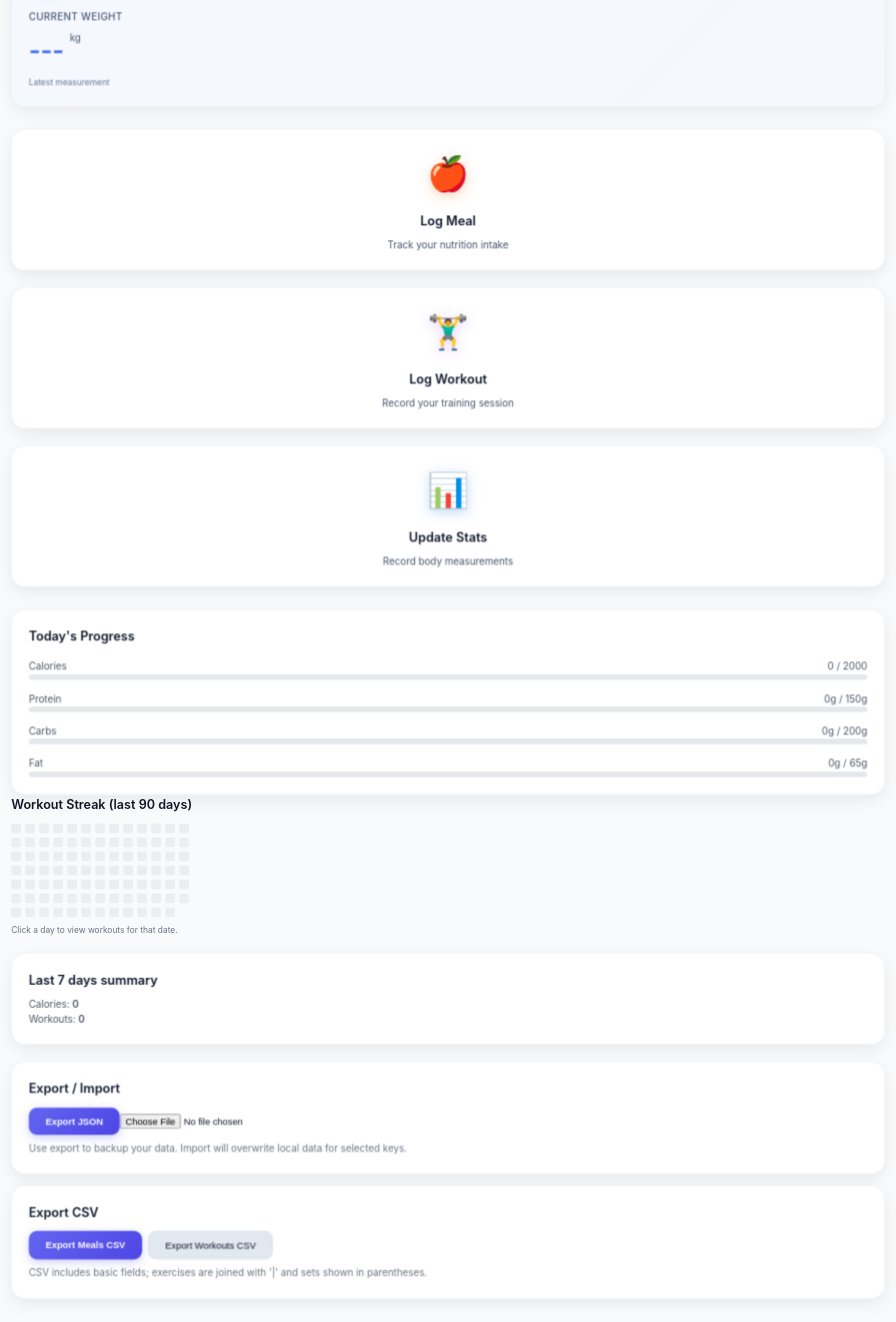
Repository: Apoorv888/Fitness-App
Page: /
These files come from the project's save history. The page is drawn as it stood at one moment and after a run of saves; the edit follows.
The browser window is 1280 px wide. The pictures show the part of the page from y = 1145 to 3065 px (the page is 3033 px tall before and 3065 px after), at 70% of full size.
Backgrounds fixed to the window are drawn as part of the page. The project was rebuilt for these pictures with package versions that can differ from the ones it lists, and the page was loaded fresh each time. Also part of the build but not shown: vite.config.ts, src/components/MealForm.tsx, src/components/MealList.tsx, src/components/GoalsForm.tsx, src/components/NutritionCharts.tsx, src/pages/Nutrition.tsx, src/components/WorkoutForm.tsx, src/components/WorkoutList.tsx and 9 more.

Above is the page before, as saved 2025-10-31 19:56:29.

### index.html
<!doctype html>
<html lang="en">
  <head>
    <meta charset="UTF-8" />
    <link rel="icon" type="image/svg+xml" href="/vite.svg" />
    <meta name="viewport" content="width=device-width, initial-scale=1.0" />
    <title>fitness-app</title>
  </head>
  <body>
    <div id="root"></div>
    <script type="module" src="/src/main.tsx"></script>
  </body>
</html>

### src/main.tsx
import { StrictMode, useEffect } from 'react'
import { createRoot } from 'react-dom/client'
import './index.css'
import App from './App.tsx'
import { useMealStore } from './store/mealStore'
import { useWorkoutStore } from './store/workoutStore'
import { useBodyStatsStore } from './store/bodyStatsStore'
import { useGoalsStore } from './store/goalsStore'

function Boot() {
  const { loadMeals } = useMealStore();
  const { loadWorkouts } = useWorkoutStore();
  const { loadBodyStats } = useBodyStatsStore();
  const { loadGoals } = useGoalsStore();

  useEffect(() => {
    loadMeals();
    loadWorkouts();
    loadBodyStats();
    loadGoals();
  }, []);

  return <App />;
}

createRoot(document.getElementById('root')!).render(
  <StrictMode>
    <Boot />
  </StrictMode>,
)

### src/App.tsx
import React, { useState } from 'react';
import { Navbar } from './components/Navbar';
import { Dashboard } from './pages/Dashboard';
import { Nutrition } from './pages/Nutrition';
import { Workout } from './pages/Workout';
import { BodyStats } from './pages/BodyStats';
import './App.css';

function App() {
  const [activeTab, setActiveTab] = useState('dashboard');

  // Listen for external navigation requests (CustomEvent 'request-nav')
  React.useEffect(() => {
    const handler = (e: any) => {
      const tab = e?.detail?.tab;
      if (tab) setActiveTab(tab);
    };
    window.addEventListener('request-nav', handler as EventListener);
    return () => window.removeEventListener('request-nav', handler as EventListener);
  }, []);

  const renderActiveTab = () => {
    switch (activeTab) {
      case 'dashboard':
        return <Dashboard />;
      case 'nutrition':
        return <Nutrition />;
      case 'workout':
        return <Workout />;
      case 'stats':
        return <BodyStats />;
      default:
        return <Dashboard />;
    }
  };

  return (
    <div className="min-h-screen bg-gray-50">
      <Navbar activeTab={activeTab} onTabChange={setActiveTab} />
      <main>
        {renderActiveTab()}
      </main>
    </div>
  );
}

export default App;

### src/store/goalsStore.ts
import { create } from 'zustand';
import type { UserGoals } from '../types';
import { saveToStorage, loadFromStorage } from '../utils/helpers';
import { STORAGE_KEYS } from '../utils/constants';

interface UserGoalsStore {
  goals: UserGoals;
  updateGoals: (updates: Partial<UserGoals>) => void;
  loadGoals: () => void;
}

const defaultGoals: UserGoals = {
  dailyCalories: 2000,
  dailyProtein: 150,
  dailyCarbs: 200,
  dailyFat: 65,
  activityLevel: 1.375, // Lightly active
  goal: 'maintain',
};

export const useGoalsStore = create<UserGoalsStore>((set, get) => ({
  goals: defaultGoals,

  updateGoals: (updates) => {
    const updatedGoals = { ...get().goals, ...updates };
    set({ goals: updatedGoals });
    saveToStorage(STORAGE_KEYS.USER_GOALS, updatedGoals);
  },

  loadGoals: () => {
    const storedGoals = loadFromStorage(STORAGE_KEYS.USER_GOALS);
    if (storedGoals) {
      set({ goals: { ...defaultGoals, ...storedGoals } });
    }
  },
}));

### src/pages/Dashboard.tsx
import React, { useEffect } from 'react';
import { StatCard } from '../components/StatCard';
import { useMealStore } from '../store/mealStore';
import { useWorkoutStore } from '../store/workoutStore';
import { useBodyStatsStore } from '../store/bodyStatsStore';
import { useGoalsStore } from '../store/goalsStore';
import { getWeekDays } from '../utils/helpers';
import { WorkoutHeatmap } from '../components/WorkoutHeatmap';
import { ExportImport } from '../components/ExportImport';
import { ExportCSV } from '../components/ExportCSV';

export const Dashboard: React.FC = () => {
  const { getTodayMacros, loadMeals } = useMealStore();
  const { workouts, loadWorkouts } = useWorkoutStore();
  const { getLatestWeight, getWeightTrend, loadBodyStats } = useBodyStatsStore();
  const { goals, loadGoals } = useGoalsStore();

  useEffect(() => {
    loadMeals();
    loadWorkouts();
    loadBodyStats();
    loadGoals();
  }, [loadMeals, loadWorkouts, loadBodyStats, loadGoals]);

  const todayMacros = getTodayMacros();
  const currentWeight = getLatestWeight();
  const weightTrend = getWeightTrend();

  // Calculate this week's workouts
  const today = new Date();
  const weekDays = getWeekDays(today);
  const weekWorkouts = workouts.filter(workout => {
    const workoutDate = new Date(workout.date);
    return workoutDate >= weekDays[0] && workoutDate <= weekDays[6];
  }).length;

  // Weekly aggregates (last 7 days)
  const mealsForWeek = useMealStore.getState().meals.filter(m => {
    const d = new Date(m.date);
    return d >= weekDays[0] && d <= weekDays[6];
  });
  const weekCalories = mealsForWeek.reduce((s, m) => s + (m.calories || 0), 0);

  const calorieProgress = Math.round((todayMacros.calories / goals.dailyCalories) * 100);
  const proteinProgress = Math.round((todayMacros.protein / goals.dailyProtein) * 100);

  return (
    <div className="max-w-7xl mx-auto px-4 sm:px-6 lg:px-8 py-8">
      <div className="mb-8">
        <h1 className="text-3xl font-bold text-gray-900">Dashboard</h1>
        <p className="text-gray-600 mt-2">Track your fitness journey</p>
      </div>

      {/* Quick Stats Grid */}
      <div className="grid grid-cols-1 md:grid-cols-2 lg:grid-cols-4 gap-6 mb-8">
        <StatCard
          title="Today's Calories"
          value={todayMacros.calories}
          unit={`/ ${goals.dailyCalories}`}
          icon="🔥"
          subtitle={`${calorieProgress}% of goal`}
          color="orange"
        />

        <StatCard
          title="Protein Today"
          value={todayMacros.protein}
          unit={`g / ${goals.dailyProtein}g`}
          icon="🥩"
          subtitle={`${proteinProgress}% of goal`}
          color="green"
        />

        <StatCard
          title="This Week's Workouts"
          value={weekWorkouts}
          unit="sessions"
          icon="💪"
          subtitle="Keep it up!"
          color="purple"
        />

        <StatCard
          title="Current Weight"
          value={currentWeight || '---'}
          unit="kg"
          icon="⚖️"
          trend={currentWeight ? weightTrend : undefined}
          subtitle="Latest measurement"
          color="blue"
        />
      </div>

      {/* Quick Actions */}
      <div className="grid grid-cols-1 md:grid-cols-3 gap-6 mb-8">
        <div
          className="card cursor-pointer"
          style={{ textAlign: 'center' }}
        >
          <div style={{ fontSize: '48px', marginBottom: '16px', filter: 'drop-shadow(0 4px 8px rgba(249, 115, 22, 0.3))' }}>🍎</div>
          <h3 className="text-lg font-semibold mb-2" style={{ color: 'var(--text)' }}>Log Meal</h3>
          <p className="text-sm" style={{ color: 'var(--text-secondary)' }}>Track your nutrition intake</p>
        </div>

        <div
          className="card cursor-pointer"
          style={{ textAlign: 'center' }}
        >
          <div style={{ fontSize: '48px', marginBottom: '16px', filter: 'drop-shadow(0 4px 8px rgba(168, 85, 247, 0.3))' }}>🏋️‍♂️</div>
          <h3 className="text-lg font-semibold mb-2" style={{ color: 'var(--text)' }}>Log Workout</h3>
          <p className="text-sm" style={{ color: 'var(--text-secondary)' }}>Record your training session</p>
        </div>

        <div
          className="card cursor-pointer"
          style={{ textAlign: 'center' }}
        >
          <div style={{ fontSize: '48px', marginBottom: '16px', filter: 'drop-shadow(0 4px 8px rgba(59, 130, 246, 0.3))' }}>📊</div>
          <h3 className="text-lg font-semibold mb-2" style={{ color: 'var(--text)' }}>Update Stats</h3>
          <p className="text-sm" style={{ color: 'var(--text-secondary)' }}>Record body measurements</p>
        </div>
      </div>

      {/* Progress Summary */}
      <div className="card">
        <h3 className="text-lg font-semibold text-gray-900 mb-4">Today's Progress</h3>

        <div className="space-y-4">
          {/* Calories Progress Bar */}
          <div>
            <div className="flex justify-between text-sm text-gray-600 mb-1">
              <span>Calories</span>
              <span>{todayMacros.calories} / {goals.dailyCalories}</span>
            </div>
            <div className="w-full bg-gray-200 rounded-full h-2">
              <div
                className="bg-orange-500 h-2 rounded-full transition-all duration-300"
                style={{ width: `${Math.min(calorieProgress, 100)}%` }}
              ></div>
            </div>
          </div>

          {/* Protein Progress Bar */}
          <div>
            <div className="flex justify-between text-sm text-gray-600 mb-1">
              <span>Protein</span>
              <span>{todayMacros.protein}g / {goals.dailyProtein}g</span>
            </div>
            <div className="w-full bg-gray-200 rounded-full h-2">
              <div
                className="bg-green-500 h-2 rounded-full transition-all duration-300"
                style={{ width: `${Math.min(proteinProgress, 100)}%` }}
              ></div>
            </div>
          </div>

          {/* Carbs Progress Bar */}
          <div>
            <div className="flex justify-between text-sm text-gray-600 mb-1">
              <span>Carbs</span>
              <span>{todayMacros.carbs}g / {goals.dailyCarbs}g</span>
            </div>
            <div className="w-full bg-gray-200 rounded-full h-2">
              <div
                className="bg-blue-500 h-2 rounded-full transition-all duration-300"
                style={{ width: `${Math.min((todayMacros.carbs / goals.dailyCarbs) * 100, 100)}%` }}
              ></div>
            </div>
          </div>

          {/* Fat Progress Bar */}
          <div>
            <div className="flex justify-between text-sm text-gray-600 mb-1">
              <span>Fat</span>
              <span>{todayMacros.fat}g / {goals.dailyFat}g</span>
            </div>
            <div className="w-full bg-gray-200 rounded-full h-2">
              <div
                className="bg-purple-500 h-2 rounded-full transition-all duration-300"
                style={{ width: `${Math.min((todayMacros.fat / goals.dailyFat) * 100, 100)}%` }}
              ></div>
            </div>
          </div>
        </div>
      </div>

      <div className="mt-6 grid grid-cols-1 lg:grid-cols-3 gap-6">
        <div className="lg:col-span-2">
          <WorkoutHeatmap days={90} />
        </div>

        <div className="space-y-6">
          <div className="card">
            <h3 className="text-lg font-semibold mb-2">Last 7 days summary</h3>
            <div className="text-sm text-gray-600">Calories: <span className="font-semibold">{weekCalories}</span></div>
            <div className="text-sm text-gray-600">Workouts: <span className="font-semibold">{weekWorkouts}</span></div>
          </div>

          <ExportImport />
          <div className="mt-4">
            <ExportCSV />
          </div>
        </div>
      </div>
    </div>
  );
};

### src/utils/helpers.ts
// Date utilities
import { format, startOfWeek, endOfWeek, eachDayOfInterval, isToday } from 'date-fns';

export const formatDate = (date: Date) => format(date, 'yyyy-MM-dd');
export const formatDisplayDate = (date: Date) => format(date, 'MMM dd, yyyy');
export const formatTime = (date: Date) => format(date, 'HH:mm');

export const getWeekDays = (date: Date) => {
  const start = startOfWeek(date, { weekStartsOn: 1 }); // Monday
  const end = endOfWeek(date, { weekStartsOn: 1 });
  return eachDayOfInterval({ start, end });
};

export const isTodayDate = (date: Date) => isToday(date);

// Calculate BMI
export const calculateBMI = (weight: number, height: number) => {
  return (weight / (height * height)) * 10000; // height in cm
};

// Calculate calories needed for goal
export const calculateCalorieGoal = (
  weight: number,
  height: number,
  age: number,
  gender: 'male' | 'female',
  activityLevel: number,
  goal: 'lose' | 'maintain' | 'gain'
) => {
  // Mifflin-St Jeor Equation
  let bmr;
  if (gender === 'male') {
    bmr = 10 * weight + 6.25 * height - 5 * age + 5;
  } else {
    bmr = 10 * weight + 6.25 * height - 5 * age - 161;
  }

  const tdee = bmr * activityLevel;

  switch (goal) {
    case 'lose':
      return Math.round(tdee - 500); // 1 lb per week
    case 'gain':
      return Math.round(tdee + 500); // 1 lb per week
    default:
      return Math.round(tdee);
  }
};

// Format numbers
export const formatNumber = (num: number, decimals: number = 1) => {
  return Number(num.toFixed(decimals));
};

// Local storage helpers
export const saveToStorage = (key: string, data: any) => {
  localStorage.setItem(key, JSON.stringify(data));
};

export const loadFromStorage = (key: string) => {
  const stored = localStorage.getItem(key);
  return stored ? JSON.parse(stored) : null;
};

### src/utils/constants.ts
// App constants
export const STORAGE_KEYS = {
  MEALS: 'fitness-app-meals',
  WORKOUTS: 'fitness-app-workouts',
  BODY_STATS: 'fitness-app-body-stats',
  USER_GOALS: 'fitness-app-user-goals',
} as const;

export const ACTIVITY_LEVELS = {
  SEDENTARY: 1.2,
  LIGHTLY_ACTIVE: 1.375,
  MODERATELY_ACTIVE: 1.55,
  VERY_ACTIVE: 1.725,
  EXTREMELY_ACTIVE: 1.9,
} as const;

export const WORKOUT_TYPES = [
  'Push',
  'Pull',
  'Legs',
  'Upper',
  'Lower',
  'Full Body',
  'Cardio',
  'Rest',
] as const;

export const MEAL_TYPES = [
  'Breakfast',
  'Lunch',
  'Dinner',
  'Snack',
] as const;

export const DEFAULT_MACRO_RATIOS = {
  protein: 0.3,
  carbs: 0.4,
  fat: 0.3,
} as const;

export const BODY_MEASUREMENT_TYPES = [
  'weight',
  'bodyFat',
  'muscle',
  'waist',
  'chest',
  'arms',
  'thighs',
] as const;

export type WorkoutType = typeof WORKOUT_TYPES[number];
export type MealType = typeof MEAL_TYPES[number];
export type BodyMeasurementType = typeof BODY_MEASUREMENT_TYPES[number];

### src/hooks/useTheme.ts
import { useEffect, useState } from 'react';

const STORAGE_KEY = 'fitness-app-theme';

export const useTheme = () => {
  const [theme, setTheme] = useState<'light' | 'dark'>(() => {
    try {
      const stored = localStorage.getItem(STORAGE_KEY);
      if (stored === 'dark' || stored === 'light') return stored;
    } catch (_) {}
    // default follow prefers-color-scheme
    if (typeof window !== 'undefined' && window.matchMedia && window.matchMedia('(prefers-color-scheme: dark)').matches) {
      return 'dark';
    }
    return 'light';
  });

  useEffect(() => {
    try { localStorage.setItem(STORAGE_KEY, theme); } catch (_) {}
    if (theme === 'dark') {
      document.documentElement.setAttribute('data-theme', 'dark');
    } else {
      document.documentElement.removeAttribute('data-theme');
    }
  }, [theme]);

  const toggle = () => setTheme(t => t === 'dark' ? 'light' : 'dark');

  return { theme, setTheme, toggle } as const;
};

Loaded but not shown: src/index.css (388 lines, source omitted); src/components/Navbar.tsx (131 lines, source omitted); src/components/ExportImport.tsx (94 lines, source omitted); src/components/WorkoutHeatmap.tsx (96 lines, source omitted); src/components/StatCard.tsx (115 lines, source omitted); src/components/ExportCSV.tsx (49 lines, source omitted); src/store/bodyStatsStore.ts (75 lines, source omitted); src/store/workoutStore.ts (67 lines, source omitted); src/store/mealStore.ts (71 lines, source omitted)

After the next 2 saves:
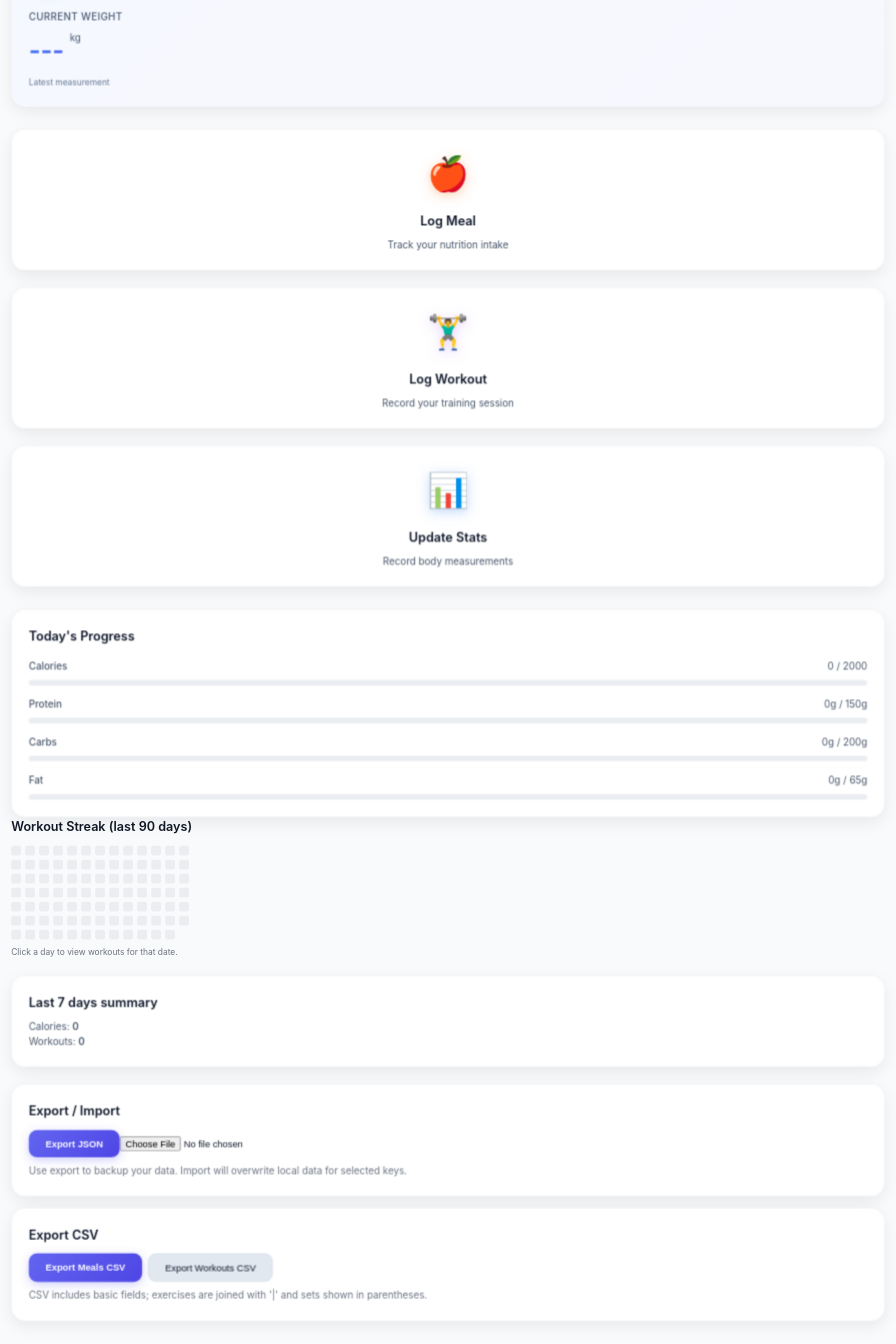
The 2 saves are shown as one change because 1 did not build or start.
The last was saved 96 s later.
--- a/src/pages/Dashboard.tsx
+++ b/src/pages/Dashboard.tsx
@@ -123,61 +123,85 @@ export const Dashboard: React.FC = () => {
 
       {/* Progress Summary */}
       <div className="card">
-        <h3 className="text-lg font-semibold text-gray-900 mb-4">Today's Progress</h3>
+        <h3 className="text-lg font-semibold mb-4" style={{ color: 'var(--text)' }}>Today's Progress</h3>
 
         <div className="space-y-4">
           {/* Calories Progress Bar */}
           <div>
-            <div className="flex justify-between text-sm text-gray-600 mb-1">
-              <span>Calories</span>
+            <div className="flex justify-between text-sm mb-2" style={{ color: 'var(--text-secondary)' }}>
+              <span style={{ fontWeight: '500' }}>Calories</span>
               <span>{todayMacros.calories} / {goals.dailyCalories}</span>
             </div>
-            <div className="w-full bg-gray-200 rounded-full h-2">
-              <div
-                className="bg-orange-500 h-2 rounded-full transition-all duration-300"
-                style={{ width: `${Math.min(calorieProgress, 100)}%` }}
+            <div style={{ width: '100%', height: '8px', background: 'rgba(148, 163, 184, 0.2)', borderRadius: '999px', overflow: 'hidden' }}>
+              <div
+                style={{
+                  height: '100%',
+                  borderRadius: '999px',
+                  background: 'linear-gradient(90deg, #f97316 0%, #ea580c 100%)',
+                  width: `${Math.min(calorieProgress, 100)}%`,
+                  transition: 'width 0.6s cubic-bezier(0.4, 0, 0.2, 1)',
+                  boxShadow: '0 0 12px rgba(249, 115, 22, 0.5)'
+                }}
               ></div>
             </div>
           </div>
 
           {/* Protein Progress Bar */}
           <div>
-            <div className="flex justify-between text-sm text-gray-600 mb-1">
-              <span>Protein</span>
+            <div className="flex justify-between text-sm mb-2" style={{ color: 'var(--text-secondary)' }}>
+              <span style={{ fontWeight: '500' }}>Protein</span>
               <span>{todayMacros.protein}g / {goals.dailyProtein}g</span>
             </div>
-            <div className="w-full bg-gray-200 rounded-full h-2">
-              <div
-                className="bg-green-500 h-2 rounded-full transition-all duration-300"
-                style={{ width: `${Math.min(proteinProgress, 100)}%` }}
+            <div style={{ width: '100%', height: '8px', background: 'rgba(148, 163, 184, 0.2)', borderRadius: '999px', overflow: 'hidden' }}>
+              <div
+                style={{
+                  height: '100%',
+                  borderRadius: '999px',
+                  background: 'linear-gradient(90deg, #10b981 0%, #059669 100%)',
+                  width: `${Math.min(proteinProgress, 100)}%`,
+                  transition: 'width 0.6s cubic-bezier(0.4, 0, 0.2, 1)',
+                  boxShadow: '0 0 12px rgba(16, 185, 129, 0.5)'
+                }}
               ></div>
             </div>
           </div>
 
           {/* Carbs Progress Bar */}
           <div>
-            <div className="flex justify-between text-sm text-gray-600 mb-1">
-              <span>Carbs</span>
+            <div className="flex justify-between text-sm mb-2" style={{ color: 'var(--text-secondary)' }}>
+              <span style={{ fontWeight: '500' }}>Carbs</span>
               <span>{todayMacros.carbs}g / {goals.dailyCarbs}g</span>
             </div>
-            <div className="w-full bg-gray-200 rounded-full h-2">
-              <div
-                className="bg-blue-500 h-2 rounded-full transition-all duration-300"
-                style={{ width: `${Math.min((todayMacros.carbs / goals.dailyCarbs) * 100, 100)}%` }}
+            <div style={{ width: '100%', height: '8px', background: 'rgba(148, 163, 184, 0.2)', borderRadius: '999px', overflow: 'hidden' }}>
+              <div
+                style={{
+                  height: '100%',
+                  borderRadius: '999px',
+                  background: 'linear-gradient(90deg, #3b82f6 0%, #2563eb 100%)',
+                  width: `${Math.min((todayMacros.carbs / goals.dailyCarbs) * 100, 100)}%`,
+                  transition: 'width 0.6s cubic-bezier(0.4, 0, 0.2, 1)',
+                  boxShadow: '0 0 12px rgba(59, 130, 246, 0.5)'
+                }}
               ></div>
             </div>
           </div>
 
           {/* Fat Progress Bar */}
           <div>
-            <div className="flex justify-between text-sm text-gray-600 mb-1">
-              <span>Fat</span>
+            <div className="flex justify-between text-sm mb-2" style={{ color: 'var(--text-secondary)' }}>
+              <span style={{ fontWeight: '500' }}>Fat</span>
               <span>{todayMacros.fat}g / {goals.dailyFat}g</span>
             </div>
-            <div className="w-full bg-gray-200 rounded-full h-2">
-              <div
-                className="bg-purple-500 h-2 rounded-full transition-all duration-300"
-                style={{ width: `${Math.min((todayMacros.fat / goals.dailyFat) * 100, 100)}%` }}
+            <div style={{ width: '100%', height: '8px', background: 'rgba(148, 163, 184, 0.2)', borderRadius: '999px', overflow: 'hidden' }}>
+              <div
+                style={{
+                  height: '100%',
+                  borderRadius: '999px',
+                  background: 'linear-gradient(90deg, #a855f7 0%, #9333ea 100%)',
+                  width: `${Math.min((todayMacros.fat / goals.dailyFat) * 100, 100)}%`,
+                  transition: 'width 0.6s cubic-bezier(0.4, 0, 0.2, 1)',
+                  boxShadow: '0 0 12px rgba(168, 85, 247, 0.5)'
+                }}
               ></div>
             </div>
           </div>
@@ -191,9 +215,9 @@ export const Dashboard: React.FC = () => {
 
         <div className="space-y-6">
           <div className="card">
-            <h3 className="text-lg font-semibold mb-2">Last 7 days summary</h3>
-            <div className="text-sm text-gray-600">Calories: <span className="font-semibold">{weekCalories}</span></div>
-            <div className="text-sm text-gray-600">Workouts: <span className="font-semibold">{weekWorkouts}</span></div>
+            <h3 className="text-lg font-semibold mb-2" style={{ color: 'var(--text)' }}>Last 7 days summary</h3>
+            <div className="text-sm" style={{ color: 'var(--text-secondary)' }}>Calories: <span className="font-semibold">{weekCalories}</span></div>
+            <div className="text-sm" style={{ color: 'var(--text-secondary)' }}>Workouts: <span className="font-semibold">{weekWorkouts}</span></div>
           </div>
 
           <ExportImport />
